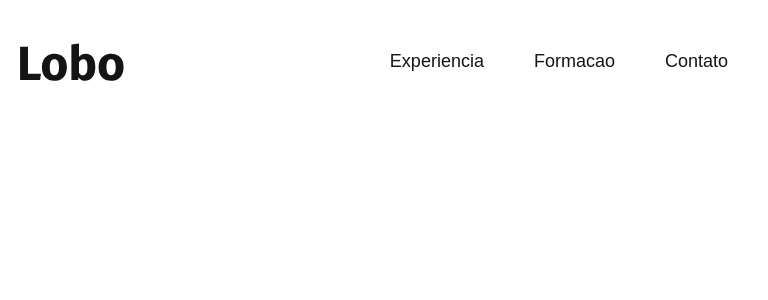
Repository: RflBueno/estudos
Page: Projeto Lobo/index.html
The author's editor kept a copy of each file at every save. The page is drawn from the files as they stood at one save, then again after the next save.
The browser window is 768 px wide. The pictures show the whole page.

Above is the page before, as saved 2025-03-27 23:34:53.

### Projeto Lobo/index.html
<!DOCTYPE html>
<html lang="en">
<head>
    <meta charset="UTF-8">
    <meta name="viewport" content="width=device-width, initial-scale=1.0">
    <link rel="stylesheet" href="./css/style.css">
    <title>Lobo - Desenvolvedor e Design</title>
</head>
<body>
    <header class="header">
        <img src="./img/marca.svg" alt="Lobo">
        <nav>
            <ul class="header-menu">
                <li><a href="#experiencia">Experiencia</a></li>
                <li><a href="#formacao">Formacao</a></li>
                <li><a href="#contato">Contato</a></li>
            </ul>
        </nav>
    </header>
</body>
</html>

### Projeto Lobo/css/style.css
@import './global.css';
@import './header.css';

### Projeto Lobo/css/global.css
body {
    font-family: 'Fira Sans', Arial, sans-serif;
    margin: 0px;
    color: #141414;
}

h1, h2, h3, h4, h5, h6, p {
    margin: 0px;
}

ul {
    list-style: none;
    padding: 0px;
    margin: 0px;
}

img {
    max-width: 100%;
    display: block;
}

### Projeto Lobo/css/header.css
.header {
    max-width: 1200px;
    margin: 0 auto;
    padding: 40px 20px;
    display: flex;
    justify-content: space-between;
    align-items: center;
}

.header-menu {
    display: flex;
    flex-wrap: wrap;
    gap: 10px;
}

.header-menu a {
    color: #141414;
    font-size: 1.125rem;
    line-height: 1.3;
    padding: 10px 20px;
    text-decoration: none;
    display: block;
}

After the next save:
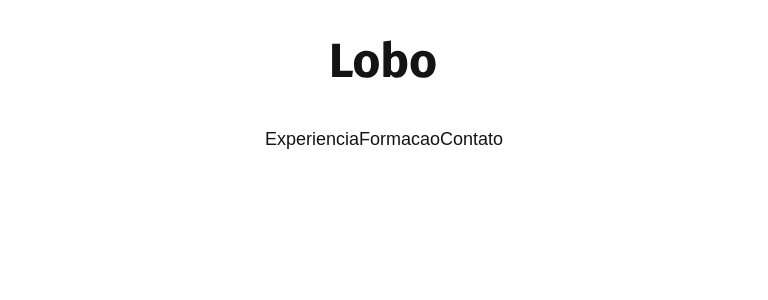
Saved 90 s later.
--- a/Projeto Lobo/css/header.css
+++ b/Projeto Lobo/css/header.css
@@ -21,3 +21,19 @@
     text-decoration: none;
     display: block;
 }
+
+@media (max-width: 800px) {
+    .header {
+        flex-direction: column;
+        gap: 40px;
+    }
+
+    .header-menu {
+        gap: 0;
+    }
+
+    .header-menu a {
+        padding: 10px 0;
+    }
+}
+ <!DOCTYPE html>
